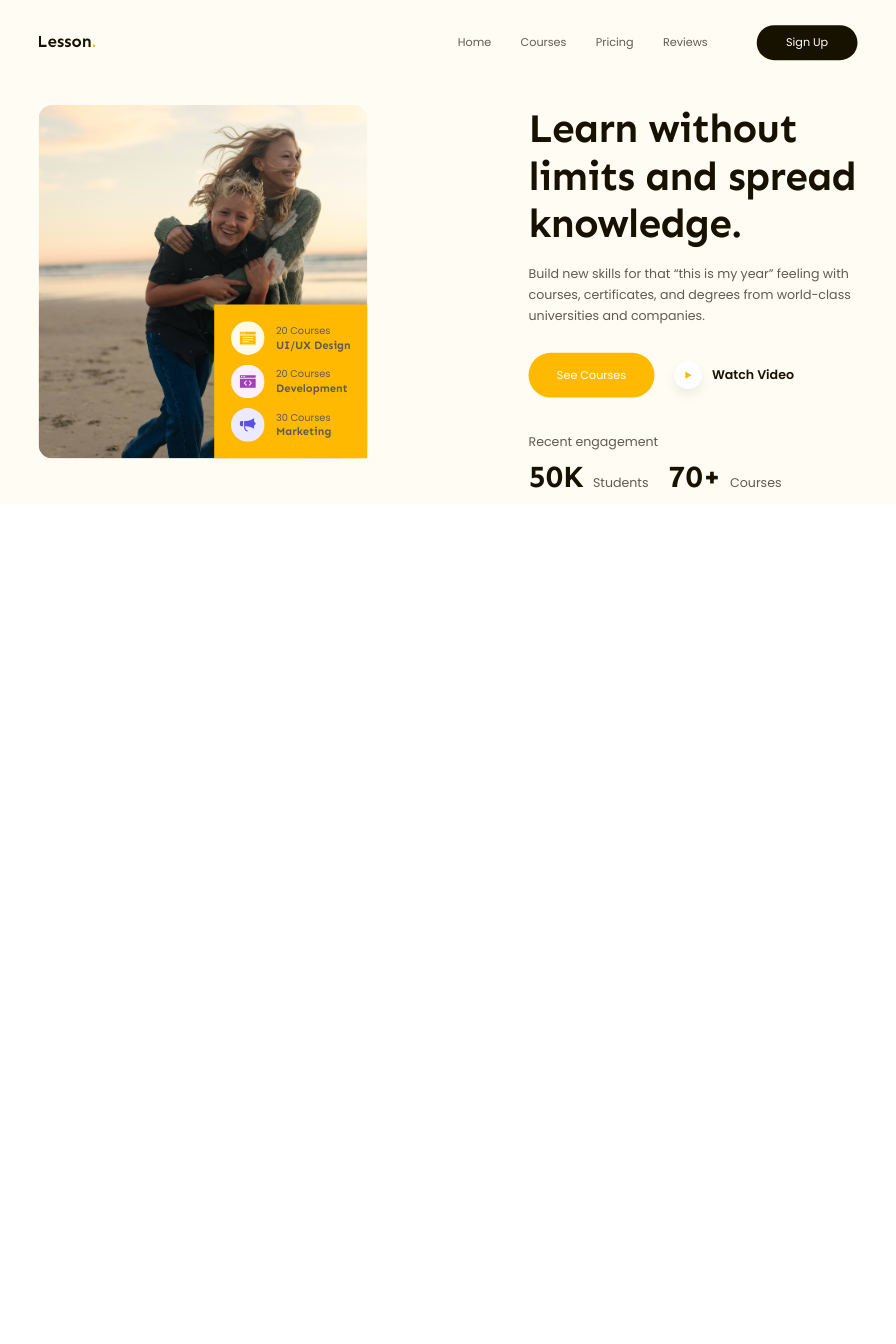
Repository: tinhtranjp/htmlcss-01
Page: index.html
These files come from the project's save history. The page is drawn as it stood at one moment and after the next save; the edit follows.
The browser window is 1280 px wide. The pictures show the part of the page from y = 0 to 1920 px (the page is 5000 px tall), at 70% of full size.

Above is the page before, as saved 2023-01-20 02:36:37.

After the next save:
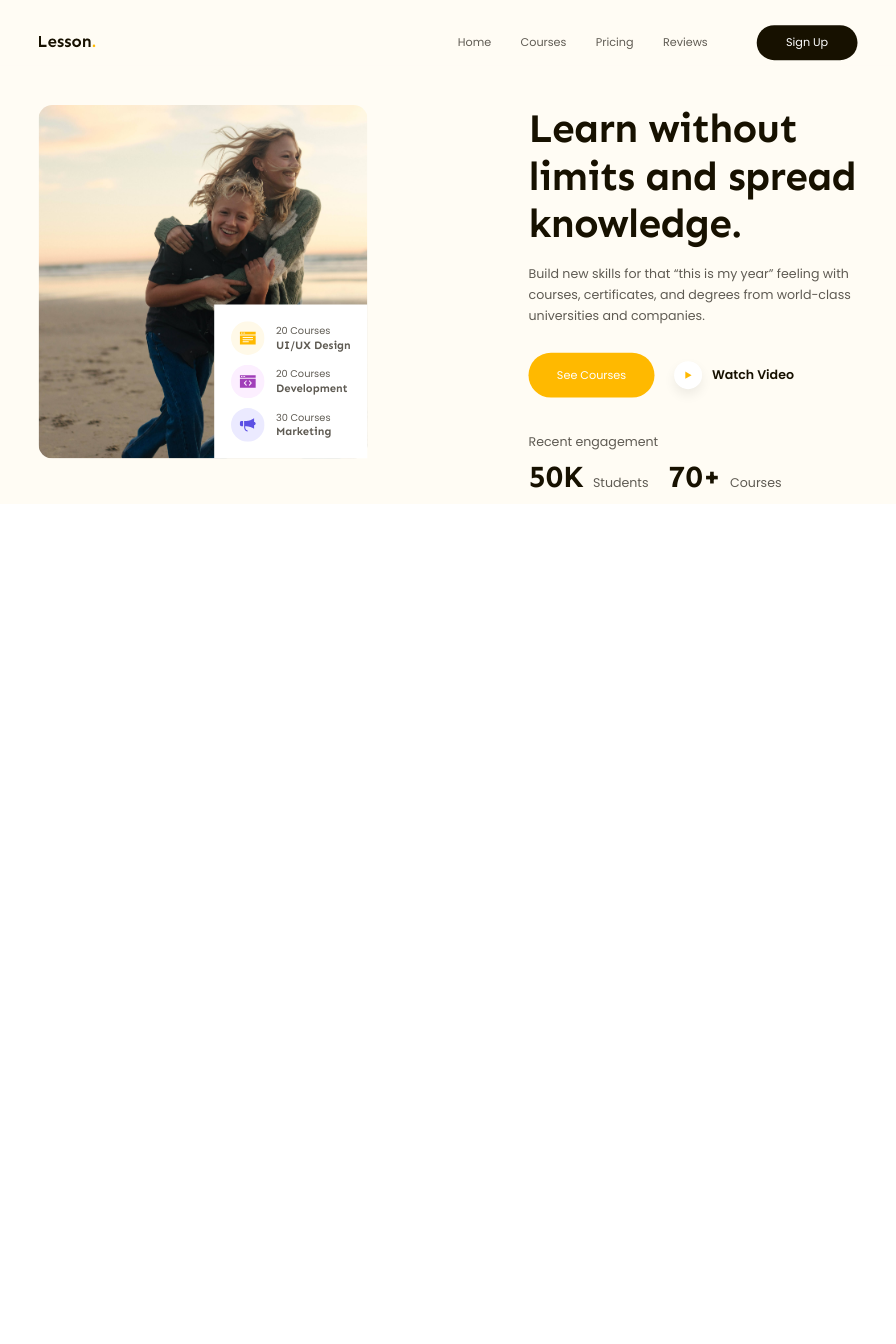
Saved 4 min 15 s later.
--- a/assets/css/styles.css
+++ b/assets/css/styles.css
@@ -96,7 +96,7 @@
 
 .hero-img-block .marketing {
   position: absolute;
-  background: #ffb900;
+  background: #fff;
   padding: 24px;
   bottom: 0;
   right: 0;
